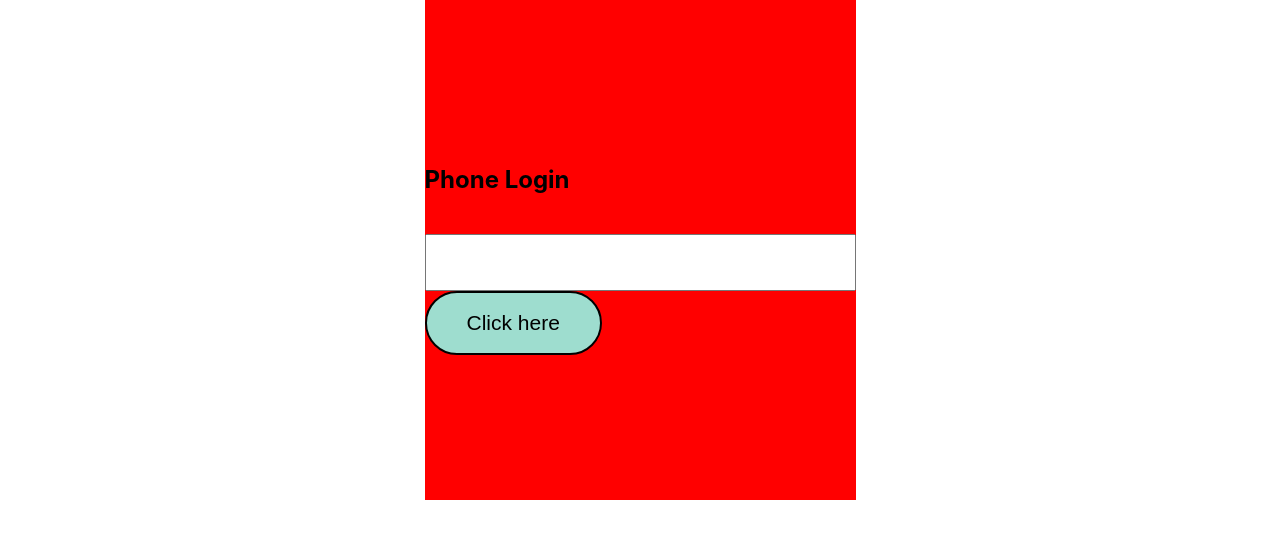
Repository: Rubin78/login-verification
Page: /
The author's editor kept a copy of each file at every save. The page is drawn from the files as they stood at one save, then again after the next save.
The browser window is 1280 px wide. The pictures show the whole page.
The project was rebuilt for these pictures with package versions that can differ from the ones it lists, and the page was loaded fresh each time.

Above is the page before, as saved 2021-02-16 01:57:06.

After the next save:
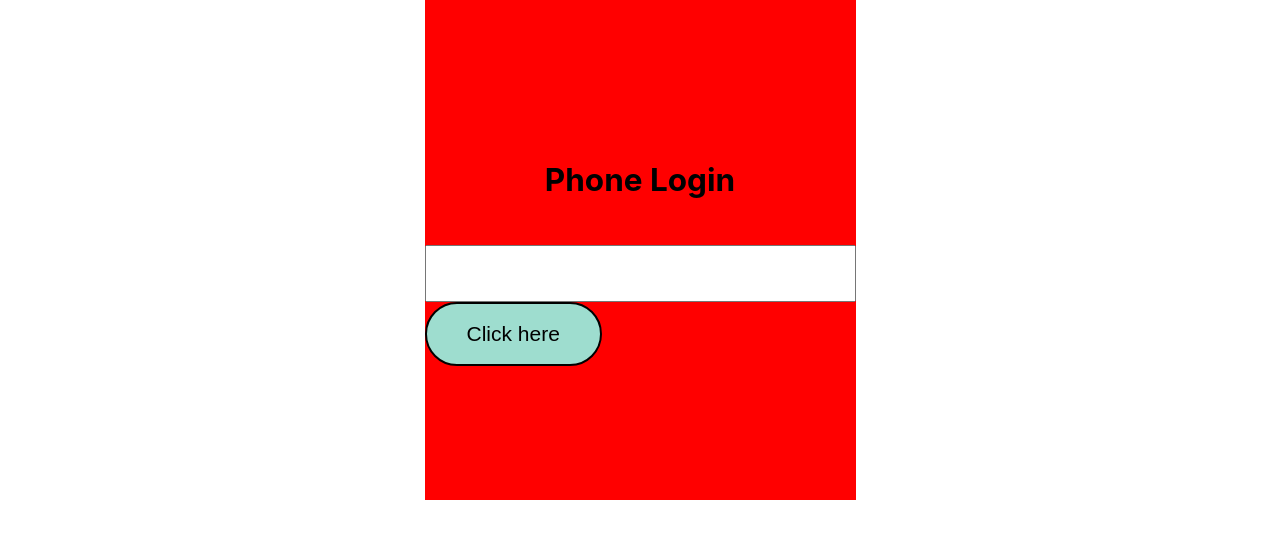
Saved 57 s later.
--- a/src/App.css
+++ b/src/App.css
@@ -21,6 +21,12 @@ input[type="tel"] {
     padding: 12px 46px;
     font-size: 25px;
     font-weight: bolder;
+}
+.col-sm-6.text-left {
+    display: flex;
+    justify-content: center;
+    align-items: center;
+    font-size: 21px;
 }
 .form-text{
 
